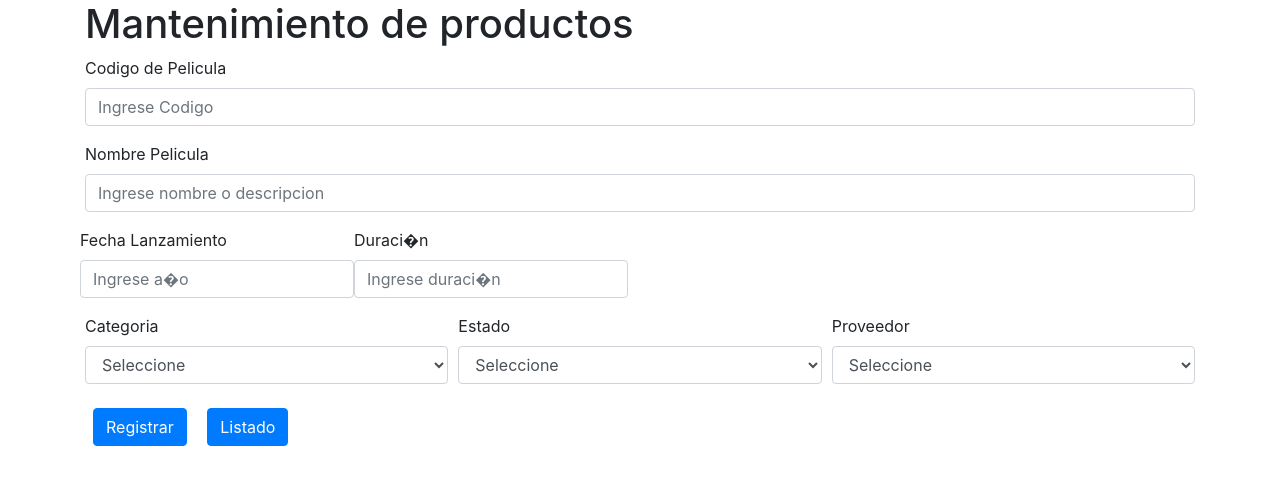
Repository: Adrianzzziny/DAWI_CL2_EscobarAdrian
Page: http://localhost/listado
The author's editor kept a copy of each file at every save. The page is drawn from the files as they stood at one save, then again after the next save.
The browser window is 1280 px wide. The pictures show the whole page.
Some web libraries are served in a nearby version. The page is this project's Thymeleaf template; nobody is signed in. The template is opened directly, without the code that normally fills it, so the values that code supplies are empty.

Above is the page before, as saved 2022-05-26 06:04:31.

After the next save:
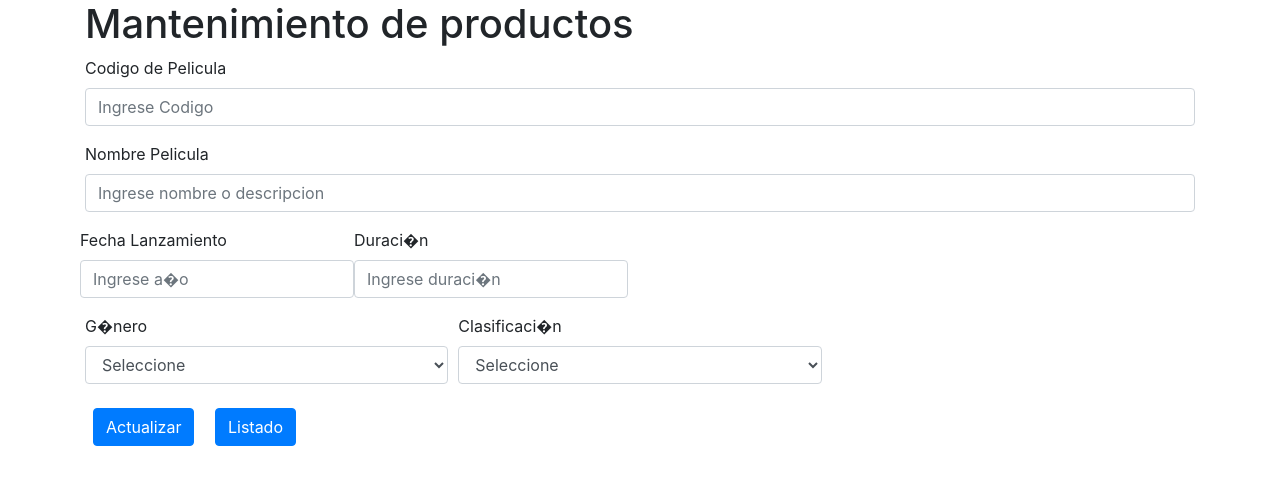
Saved 73 s later.
--- a/DAWI_CL2_EscobarRodriguezAdrian/src/main/resources/templates/listado.html
+++ b/DAWI_CL2_EscobarRodriguezAdrian/src/main/resources/templates/listado.html
@@ -63,7 +63,7 @@
 
 				<div class="form-group col-md-4">
 
-				<label for="inputState">Categoria</label> <select id="inputState"
+				<label for="inputState">Género</label> <select id="inputState"
 
 					class="form-control">
 
@@ -77,7 +77,7 @@
 
 				<div class="form-group col-md-4">
 
-				<label for="inputState">Estado</label> <select id="inputState"
+				<label for="inputState">Clasificación</label> <select id="inputState"
 
 					class="form-control">
 
@@ -89,25 +89,12 @@
 
 				</div>
 
-			<div class="form-group col-md-4">
-
-				<label for="inputState">Proveedor</label> <select id="inputState"
-
-					class="form-control">
-
-					<option selected>Seleccione</option>
-
-					<option>...</option>
-
-				</select>
-
-				</div>
 
 		</div>
 
 
 
-		<button type="submit" class="btn btn-primary m-2">Registrar</button>
+		<button type="submit" class="btn btn-primary m-2">Actualizar</button>
 
 		<button type="submit" class="btn btn-primary m-2">Listado</button>
 
